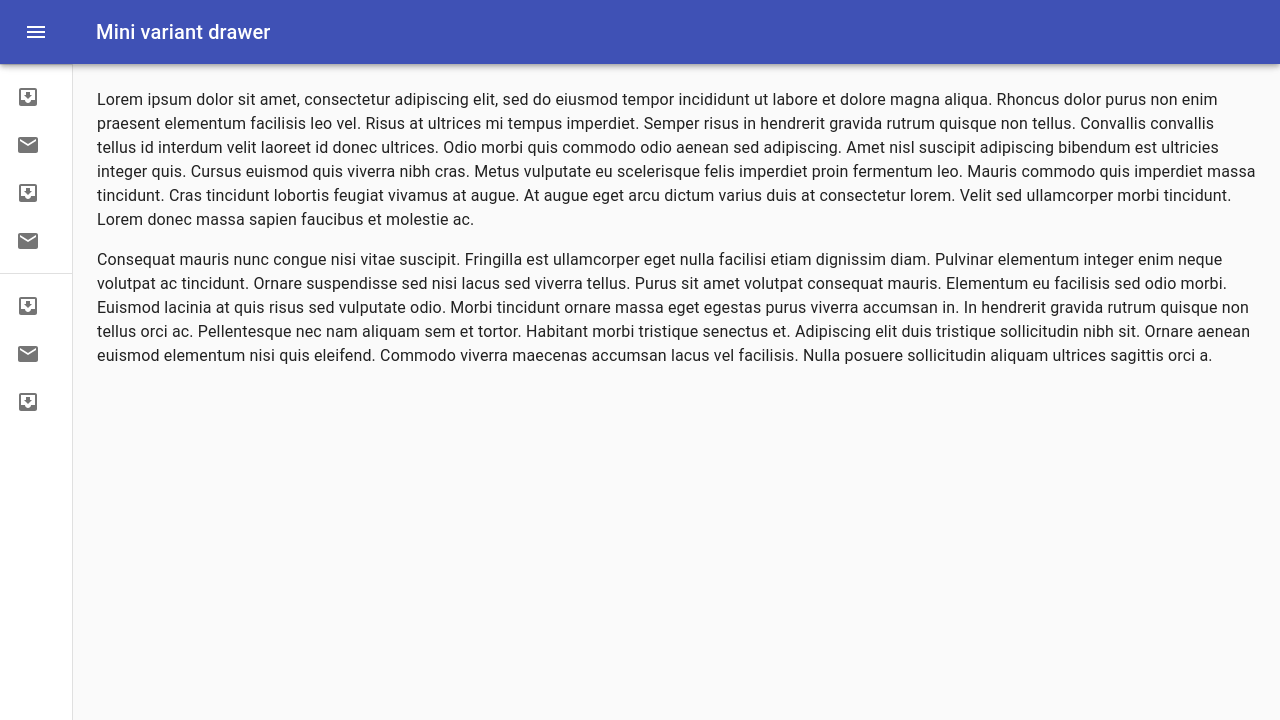
Repository: pgruca96/HappitsChanger
Page: /main
An editor plug-in stored every save of this project. The page is shown before and after the next save, followed by the edit.
The browser window is 1280 px wide. The pictures show the whole page.
The project was rebuilt for these pictures with package versions that can differ from the ones it lists, and the page was loaded fresh each time. Also part of the build but not shown: src/styles/LoginPage.js, src/styles/Form.js, src/styles/h2.js, src/components/form/index.js, src/containers/loginPage/index.js.

Above is the page before, as saved 2020-10-27 23:06:57.

After the next save:
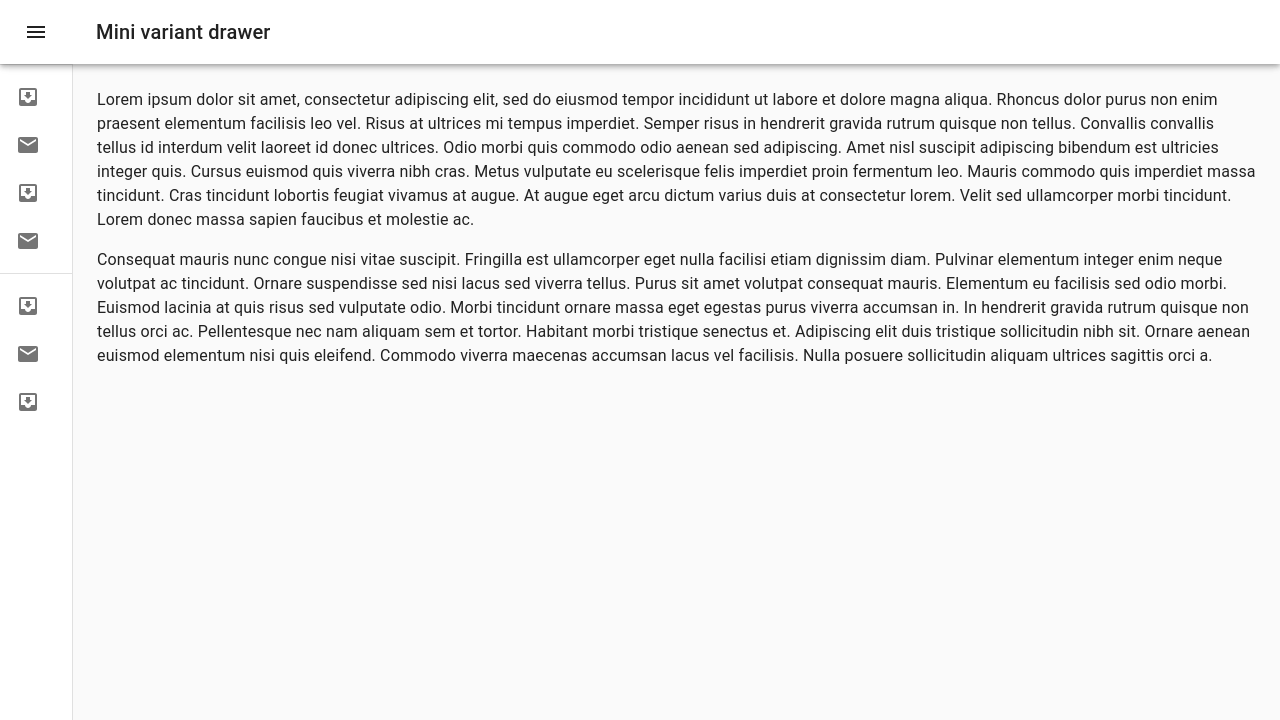
Saved 10 s later.
--- a/src/containers/mainPage/index.js
+++ b/src/containers/mainPage/index.js
@@ -101,7 +101,7 @@
       <CssBaseline />
       <AppBar
         position="fixed"
-        bgcolor={primaryTheme}
+        color={primaryTheme}
         className={clsx(classes.appBar, {
           [classes.appBarShift]: open,
         })}

After the save that followed:
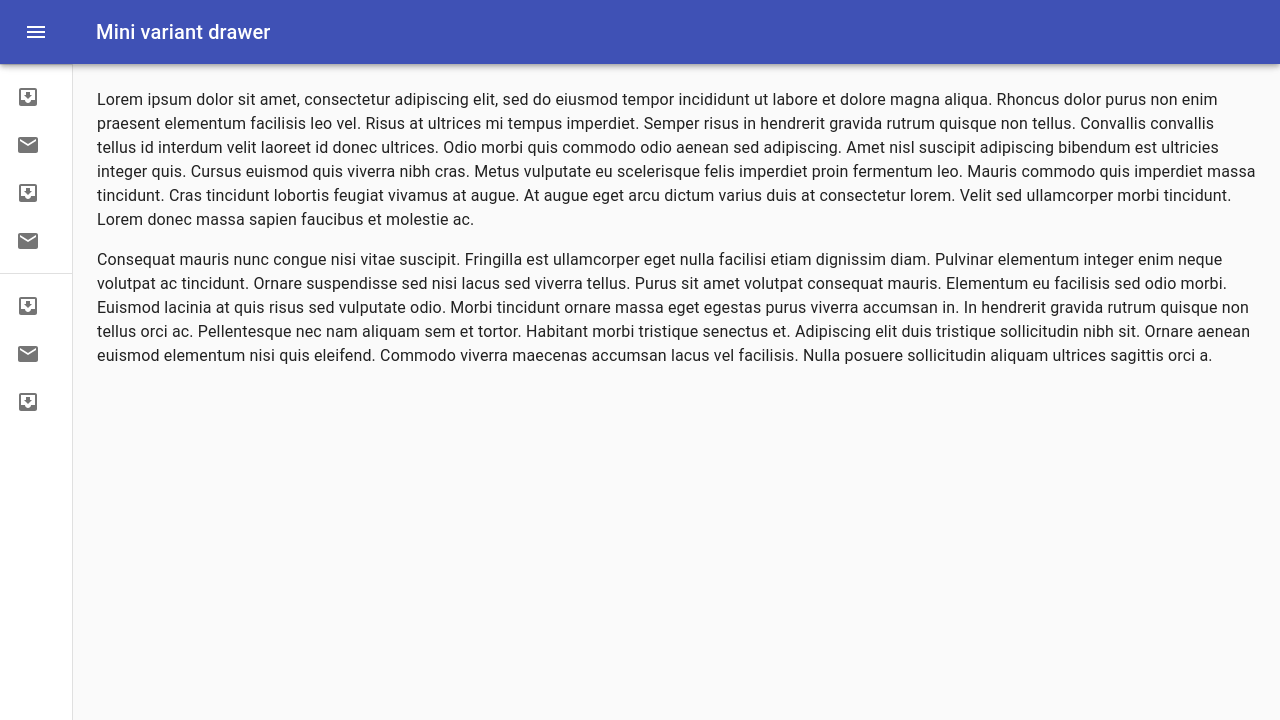
Saved 51 s later.
--- a/src/containers/mainPage/index.js
+++ b/src/containers/mainPage/index.js
@@ -101,7 +101,6 @@
       <CssBaseline />
       <AppBar
         position="fixed"
-        color={primaryTheme}
         className={clsx(classes.appBar, {
           [classes.appBarShift]: open,
         })}
